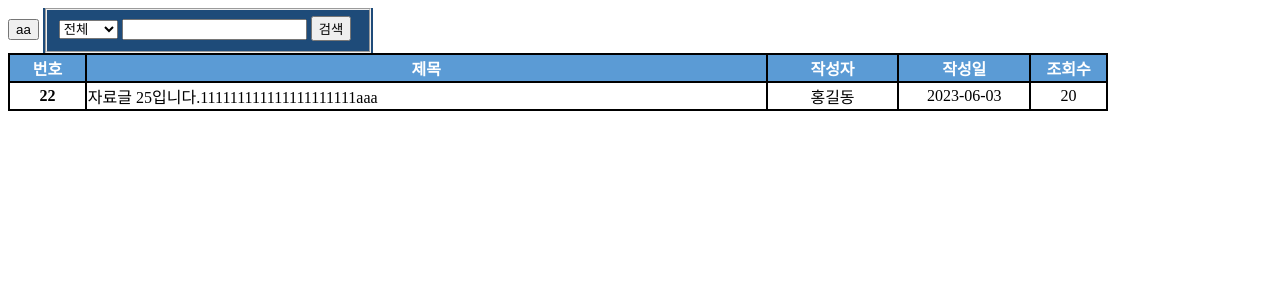
Repository: LJzero-dev/java-study
Page: http://localhost/ktbwos/bbs/request_list.jsp
These files come from the project's save history. The page is drawn as it stood at one moment and after the next save; the edit follows.
The browser window is 1280 px wide. The pictures show the whole page.
The page is served by Tomcat 9.

Above is the page before, as saved 2023-06-10 13:44:43.

After the next save:
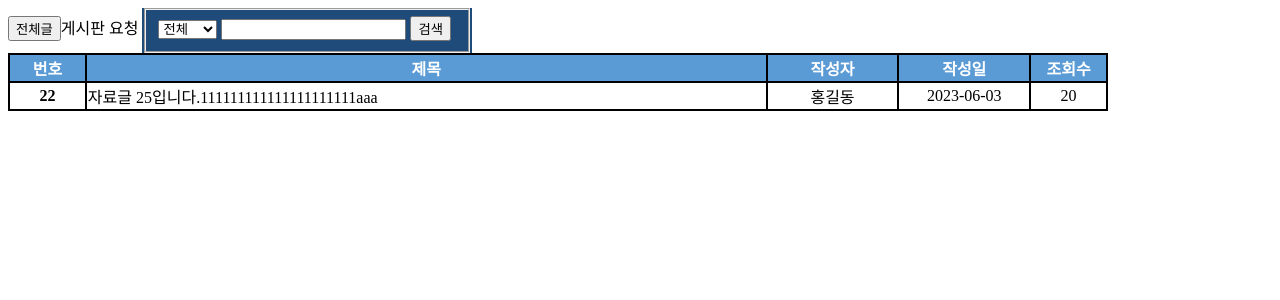
Saved 24 s later.
--- a/web/ktbwos/WebContent/bbs/request_list.jsp
+++ b/web/ktbwos/WebContent/bbs/request_list.jsp
@@ -19,7 +19,7 @@
 <body>
 
 <div width="1100">
-<input type="button" value="aa">
+<input type="button" value="전체글">게시판 요청
 <form style="width:330px; background:#1E4B79; display:inline-block; " name="frmSch">
 <fieldset>
 		<select name="schtype">
